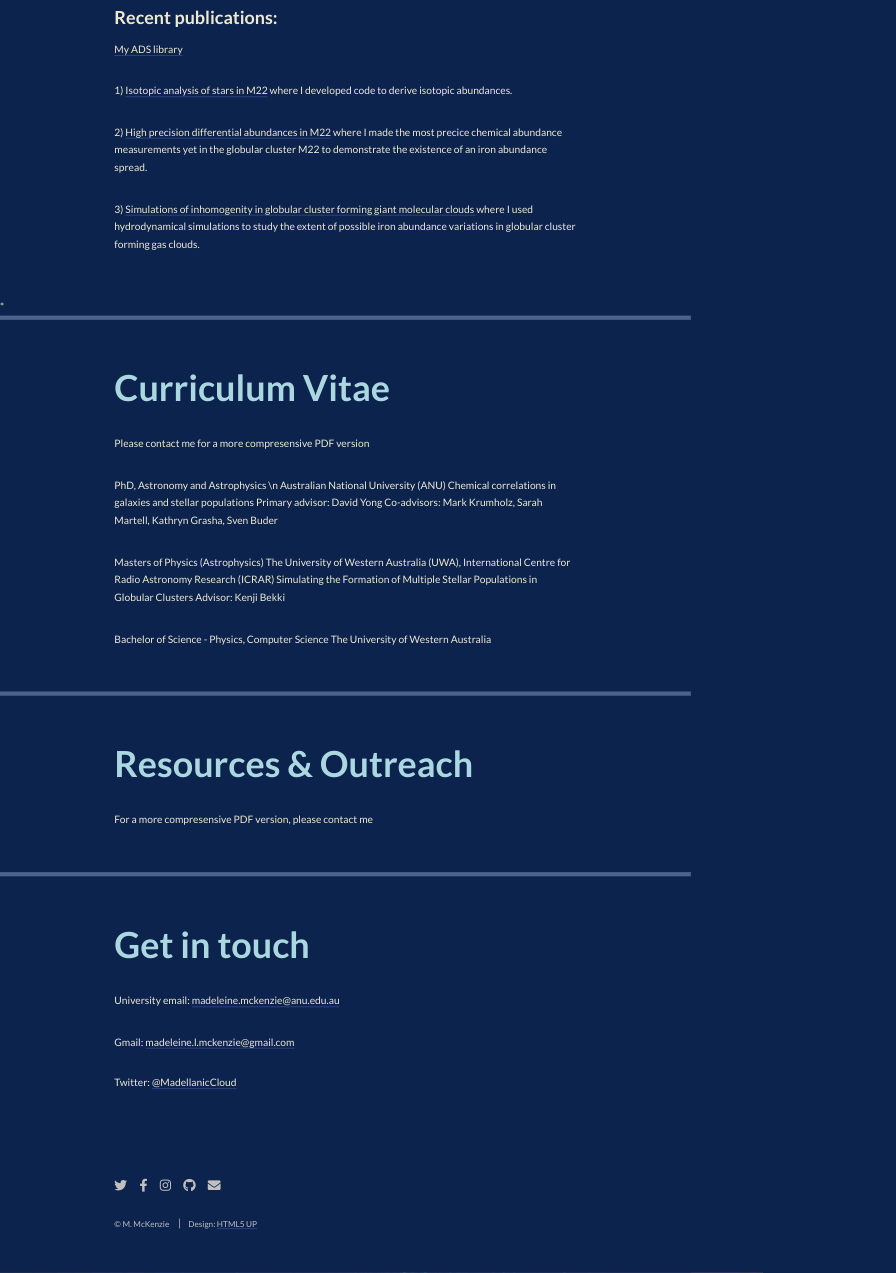
Repository: madeleine-mckenzie/madeleine-mckenzie.github.io
Page: index.html
An editor plug-in stored every save of this project. The page is shown before and after the next save, followed by the edit.
The browser window is 1280 px wide. The pictures show the part of the page from y = 1417 to 3337 px (the page is 3235 px tall before and 3337 px after), at 70% of full size.
Backgrounds fixed to the window are drawn as part of the page.

Above is the page before, as saved 2023-11-12 16:21:13.

### index.html
<!DOCTYPE HTML>
<!--
    Read Only by HTML5 UP
    html5up.net | @ajlkn
    Free for personal and commercial use under the CCA 3.0 license (html5up.net/license)
-->
<html>
    <head>
        <title>M. McKenzie</title>
        <meta charset="utf-8" />
        <meta name="viewport" content="width=device-width, initial-scale=1, user-scalable=no" />
        <link rel="stylesheet" href="assets/css/main.css" />
        <style>
            /* Custom style */
            body {
                background: url('images/2023_ANU_3MT_20230727_ANU2022 3.jpg') no-repeat center center fixed;
                background-size: cover;
            }
        </style>
    </head>
    <body class="is-preload">

        <!-- Header -->
        <section id="header">
            <header>
                <!-- Avatar image next to name -->
                <span class="image avatar"><img src="images/IG_DP.jpeg" alt="Madeleine L. McKenzie" /></span>
                <h1>Madeleine L. McKenzie</h1>
                <p>PhD candidate at the Australian National University </p>
                <p> <a href="mailto:madeleine.mckenzie@anu.edu.au">madeleine.mckenzie@anu.edu.au</a></p>
            </header>
            <nav id="nav">
                <ul>
                    <li><a href="#one" class="active">About</a></li>
                    <li><a href="#two">My Research</a></li>
                    <li><a href="#three">CV</a></li>
                    <li><a href="#four">Resources</a></li>
                    <li><a href="#five">Contact</a></li>
                </ul>
            </nav>
        </section>

        <!-- Wrapper -->
        <div id="wrapper">

            <!-- Main -->
            <div id="main">

                <!-- One -->
                <section id="one">
                    <div class="image main" data-position="center">
                        <!-- Top banner image -->
                        <img src="images/2023_ANU_3MT_20230727_ANU2022.jpg" alt="" />
                    </div>
                    <div class="container">
                        <header class="major">
                            <h2>Hi!</h2>
                        </header>
                        <p>I'm Madeleine, an Australian astrophysicist interested in all things Milky Way. I was born and raised in Perth, Western Australia,
                            and completed my undergraduate degree and Masters of Astrophysics at the University of Western Australia and International Centre
                            for Radio Astronomy Research. My Masters thesis is titled "Simulating the Formation of Multiple Stellar Populations in Globular Clusters", supervised
                            by Professor Kenji Bekki. I am currently a PhD candidate at the Australian National University, supervised by Dr. David Yong and
                            Professor Mark Krumholz. I primarily work on high precision spectroscopy and isotopic analysis of globular clusters.
                            I am in my final year of my PhD and am currently applying for postdoc positions.
                        </p>
                    </div>
                </section>

                <!-- Two -->
                <section id="two">
                    <div class="container">
                        <header class="major">
                            <h2>My Research</h2>
                        </header>
                        <h3>My research interests include:</h3>
                        <p><ul>
                                <li>High precision spectroscopy</li>
                                <li>Isotopic analysis</li>
                                <li>Multiple stellar populations in globular clusters</li>
                                <li>Chemical evolution of the Milky Way</li>
                                <li>Stellar archaeology</li>
                            </ul>
                        <h3>Recent publications:</h3>
                        <p><a href="https://ui.adsabs.harvard.edu/user/libraries/K8q3Fv2nS-eG0YgK9U_ysw">My ADS library</a></p>

                        <p>1) <a href="https://ui.adsabs.harvard.edu/abs/2023MNRAS.tmp.2870M/abstract">Isotopic analysis of stars in M22</a> where I developed code to
                        derive isotopic abundances.</p>
                        <p>2) <a href="https://ui.adsabs.harvard.edu/abs/2022MNRAS.516.3515M/abstract">High precision differential abundances in M22</a> where I
                        made the most precice chemical abundance measurements yet in the globular cluster M22 to demonstrate the existence of an iron abundance spread.</p>
                        <p>3) <a href="https://ui.adsabs.harvard.edu/abs/2022MNRAS.516.3515M/abstract">Simulations of inhomogenity in globular cluster forming giant
                            molecular clouds </a> where I used hydrodynamical simulations to study the extent of possible iron abundance variations in
                             globular cluster forming gas clouds.</p>
                        </p>

                    </div>*
                </section>

                <!-- three -->
                <section id="three">
                    <div class="container">
                        <header class="major">
                            <h2>Curriculum Vitae</h2>
                        </header>
                        <p>Please contact me for a more compresensive PDF version</p>
                        <p>PhD, Astronomy and Astrophysics \n
                            Australian National University (ANU)
                            Chemical correlations in galaxies and stellar populations
                            Primary advisor: David Yong
                            Co-advisors: Mark Krumholz, Sarah Martell, Kathryn Grasha, Sven Buder
                        </p>
                        <p> Masters of Physics (Astrophysics)
                            The University of Western Australia (UWA),
                            International Centre for Radio Astronomy Research (ICRAR)
                            Simulating the Formation of Multiple Stellar Populations in Globular Clusters Advisor: Kenji Bekki
                        </p>
                        <p> Bachelor of Science - Physics, Computer Science
                            The University of Western Australia</p>
                        </p>

                    </div>
                </section>

                 <!-- four -->
                 <section id="four">
                    <div class="container">
                        <header class="major">
                            <h2>Resources & Outreach</h2>
                        </header>
                        <p>For a more compresensive PDF version, please contact me</p>
                        <!-- Icons grid here -->
                    </div>
                </section>

                <!-- Three -->
                <section id="five">
                    <div class="container">
                        <header class="major">
                            <h2>Get in touch</h2>
                        </header>
                        <p>University email: <a href="mailto:madeleine.mckenzie@anu.edu.au">madeleine.mckenzie@anu.edu.au</a></p>
                        <p>Gmail: <a href="mailto:madeleine.l.mckenzie@gmail.com">madeleine.l.mckenzie@gmail.com</a></p>
                        <p>Twitter: <a href="https://twitter.com/MadellanicCloud" target="_blank">@MadellanicCloud</a></p>
                    </div>
                </section>

            </div>

            <!-- Footer -->
            <section id="footer">
                <div class="container">
                    <ul class="icons">
                        <!-- Social media icons here -->
                        <li><a href="#" class="icon brands fa-twitter"><span class="label">Twitter</span></a></li>
                        <li><a href="#" class="icon brands fa-facebook-f"><span class="label">Facebook</span></a></li>
                        <li><a href="#" class="icon brands fa-instagram"><span class="label">Instagram</span></a></li>
                        <li><a href="#" class="icon brands fa-github"><span class="label">Github</span></a></li>
                        <li><a href="#" class="icon solid fa-envelope"><span class="label">Email</span></a></li>
                    </ul>
                    <ul class="copyright">
                        <li>&copy; M. McKenzie</li>
                        <li>Design: <a href="http://html5up.net">HTML5 UP</a></li>
                    </ul>
                </div>
            </section>

        </div>

        <!-- Scripts -->
        <script src="assets/js/jquery.min.js"></script>
        <script src="assets/js/jquery.scrollex.min.js"></script>
        <script src="assets/js/jquery.scrolly.min.js"></script>
        <script src="assets/js/browser.min.js"></script>
        <script src="assets/js/breakpoints.min.js"></script>
        <script src="assets/js/util.js"></script>
        <script src="assets/js/main.js"></script>

    </body>
</html>

Loaded but not shown: assets/css/fontawesome-all.min.css (library); assets/js/jquery.min.js (library); assets/js/jquery.scrollex.min.js (common file); assets/js/jquery.scrolly.min.js (common file); assets/js/browser.min.js (common file); assets/js/breakpoints.min.js (common file); assets/js/util.js (587 lines, source omitted); assets/js/main.js (159 lines, source omitted); assets/css/main.css (3340 lines, source omitted)

After the next save:
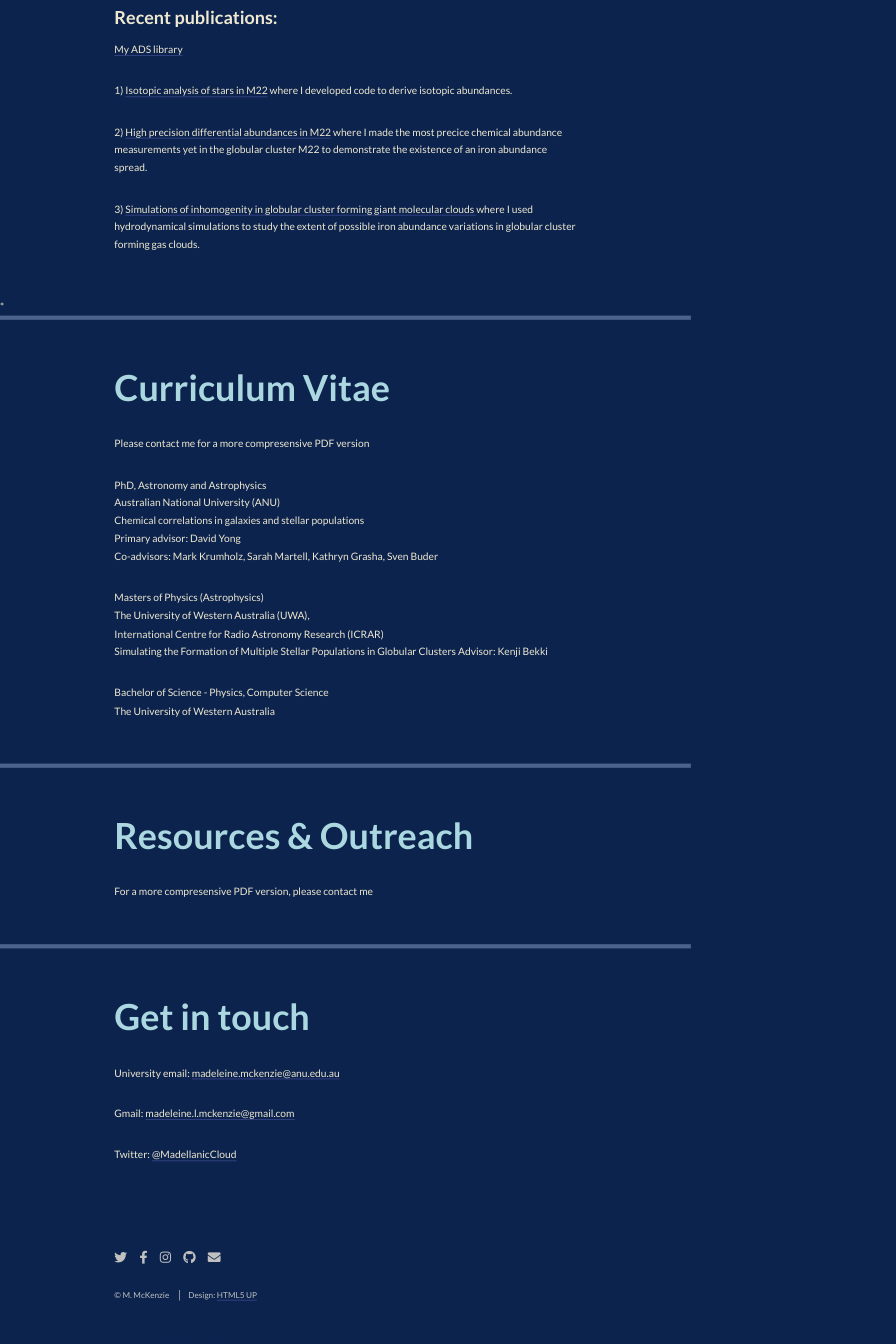
Saved 53 s later.
--- a/index.html
+++ b/index.html
@@ -102,18 +102,18 @@
                             <h2>Curriculum Vitae</h2>
                         </header>
                         <p>Please contact me for a more compresensive PDF version</p>
-                        <p>PhD, Astronomy and Astrophysics \n
-                            Australian National University (ANU)
-                            Chemical correlations in galaxies and stellar populations
-                            Primary advisor: David Yong
+                        <p>PhD, Astronomy and Astrophysics <br />
+                            Australian National University (ANU)<br />
+                            Chemical correlations in galaxies and stellar populations<br />
+                            Primary advisor: David Yong<br />
                             Co-advisors: Mark Krumholz, Sarah Martell, Kathryn Grasha, Sven Buder
                         </p>
-                        <p> Masters of Physics (Astrophysics)
-                            The University of Western Australia (UWA),
-                            International Centre for Radio Astronomy Research (ICRAR)
+                        <p> Masters of Physics (Astrophysics)<br />
+                            The University of Western Australia (UWA),<br />
+                            International Centre for Radio Astronomy Research (ICRAR)<br />
                             Simulating the Formation of Multiple Stellar Populations in Globular Clusters Advisor: Kenji Bekki
                         </p>
-                        <p> Bachelor of Science - Physics, Computer Science
+                        <p> Bachelor of Science - Physics, Computer Science<br />
                             The University of Western Australia</p>
                         </p>
 
